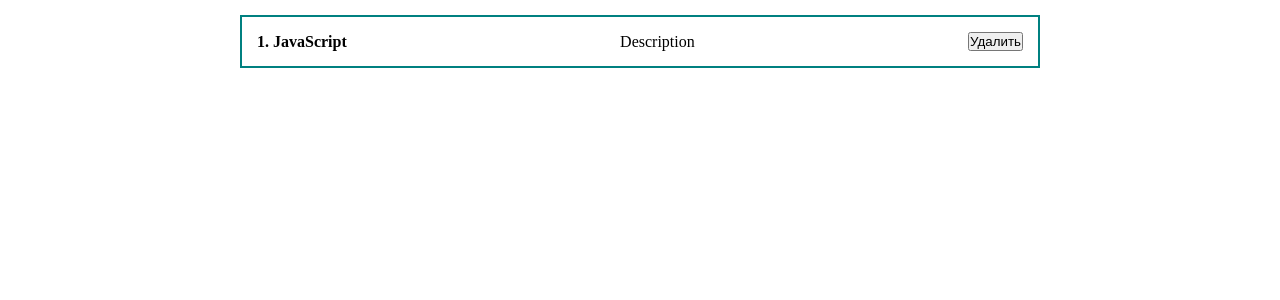
Repository: otvertka/ulb2_react
Page: / (app in jk_project/)
These files come from the project's save history. The page is drawn as it stood at one moment and after the next save; the edit follows.
The browser window is 1280 px wide. The pictures show the whole page.
The project was rebuilt for these pictures with package versions that can differ from the ones it lists, and the page was loaded fresh each time. Also part of the build but not shown: jk_project/src/component/Counter.jsx, jk_project/src/component/ClassCounter.jsx.

Above is the page before, as saved 2023-09-08 11:01:56.

After the next save:
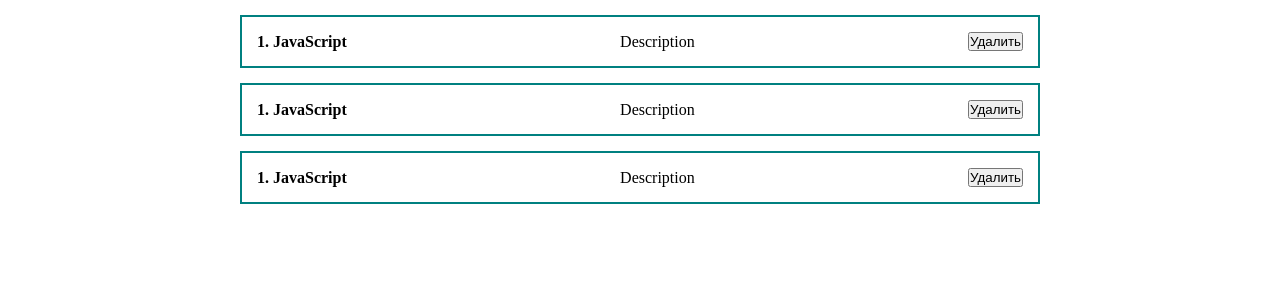
Saved 44 s later.
--- a/jk_project/src/App.js
+++ b/jk_project/src/App.js
@@ -11,6 +11,8 @@ function App() {
   return (
     <div className="App">
       <PostItem post={{ id: 1, title: "JavaScript", body: "Description" }} />
+      <PostItem post={{ id: 1, title: "JavaScript", body: "Description" }} />
+      <PostItem post={{ id: 1, title: "JavaScript", body: "Description" }} />
     </div>
   );
 }
